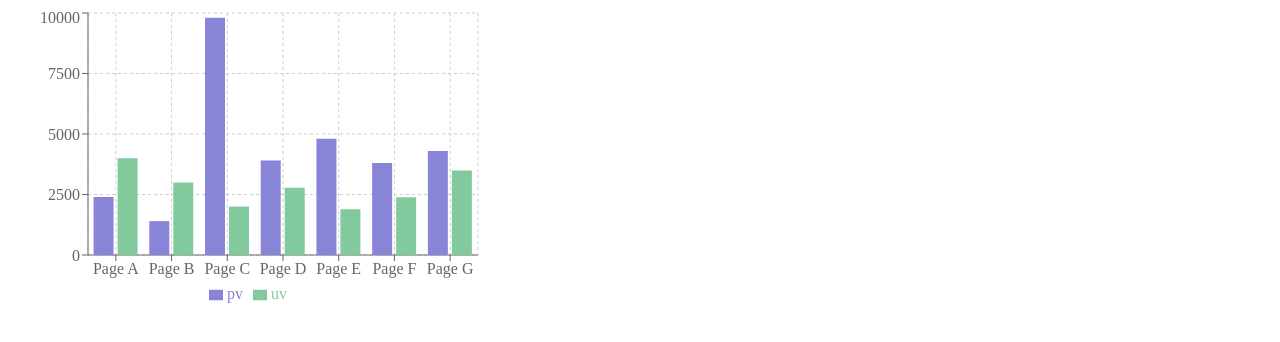
Repository: sagarjain738/test
Page: /
The author's editor kept a copy of each file at every save. The page is drawn from the files as they stood at one save, then again after the next save.
The browser window is 1280 px wide. The pictures show the whole page.
The project was rebuilt for these pictures with package versions that can differ from the ones it lists, and the page was loaded fresh each time. Also part of the build but not shown: vite.config.js, src/App.css, src/index.css.

Above is the page before, as saved 2024-01-20 18:49:50.

### src/App.jsx
import { useState } from "react";
import "./App.css";
import FirstChart from "./components/FirstChart";
import totalData, { getTodalData } from "../Data";

function App() {
  const records = getTodalData(totalData);
  const [count, setCount] = useState(0);

  return (
    <>
      <FirstChart records={records} />
    </>
  );
}

export default App;

### src/components/FirstChart.jsx
import React from "react";
import {
  BarChart,
  Bar,
  Rectangle,
  XAxis,
  YAxis,
  CartesianGrid,
  Tooltip,
  Legend,
  ResponsiveContainer,
} from "recharts";

const data = [
  {
    name: "Page A",
    uv: 4000,
    pv: 2400,
    amt: 2400,
  },
  {
    name: "Page B",
    uv: 3000,
    pv: 1398,
    amt: 2210,
  },
  {
    name: "Page C",
    uv: 2000,
    pv: 9800,
    amt: 2290,
  },
  {
    name: "Page D",
    uv: 2780,
    pv: 3908,
    amt: 2000,
  },
  {
    name: "Page E",
    uv: 1890,
    pv: 4800,
    amt: 2181,
  },
  {
    name: "Page F",
    uv: 2390,
    pv: 3800,
    amt: 2500,
  },
  {
    name: "Page G",
    uv: 3490,
    pv: 4300,
    amt: 2100,
  },
];

const FirstChart = () => {
  return (
    <BarChart
      width={500}
      height={300}
      data={data}
      margin={{
        top: 5,
        right: 30,
        left: 20,
        bottom: 5,
      }}
    >
      <CartesianGrid strokeDasharray="3 3" />
      <XAxis dataKey="name" />
      <YAxis />
      <Tooltip />
      <Legend />
      <Bar
        dataKey="pv"
        fill="#8884d8"
        activeBar={<Rectangle fill="pink" stroke="blue" />}
      />
      <Bar
        dataKey="uv"
        fill="#82ca9d"
        activeBar={<Rectangle fill="gold" stroke="purple" />}
      />
    </BarChart>
  );
};

export default FirstChart;

### Data.js
let data = {
  salesData: [
    {
      product: "Product A",
      sales: [
        { month: "January", amount: 100 },
        { month: "February", amount: 150 },
        { month: "March", amount: 200 },
      ],
    },
    {
      product: "Product B",
      sales: [
        { month: "January", amount: 120 },
        { month: "February", amount: 170 },
        { month: "March", amount: 220 },
      ],
    },
    {
      product: "Product C",
      sales: [
        { month: "January", amount: 90 },
        { month: "February", amount: 130 },
        { month: "March", amount: 180 },
      ],
    },
    {
      product: "Product E",
      sales: [
        { month: "January", amount: 130 },
        { month: "February", amount: 250 },
        { month: "March", amount: 100 },
      ],
    },
    {
      product: "Product F",
      sales: [
        { month: "January", amount: 60 },
        { month: "February", amount: 70 },
        { month: "March", amount: 120 },
      ],
    },
    {
      product: "Product G",
      sales: [
        { month: "January", amount: 40 },
        { month: "February", amount: 110 },
        { month: "March", amount: 60 },
      ],
    },
  ],
};

export function getTodalData(records) {
  const result = records.salesData.map((item) => {
    return {
      name: item.product,
      data: item.sales.reduce(
        (acc, itm) => ({ ...acc, [`${itm.month}`]: itm.amount }),
        {}
      ),
    };
  });

  const result2 = result.map((item) => {
    return { name: item.name, ...item.data };
  });

  return result2;
}

export default data;

Loaded but not shown: index.html (common file); src/main.jsx (common file)

After the next save:
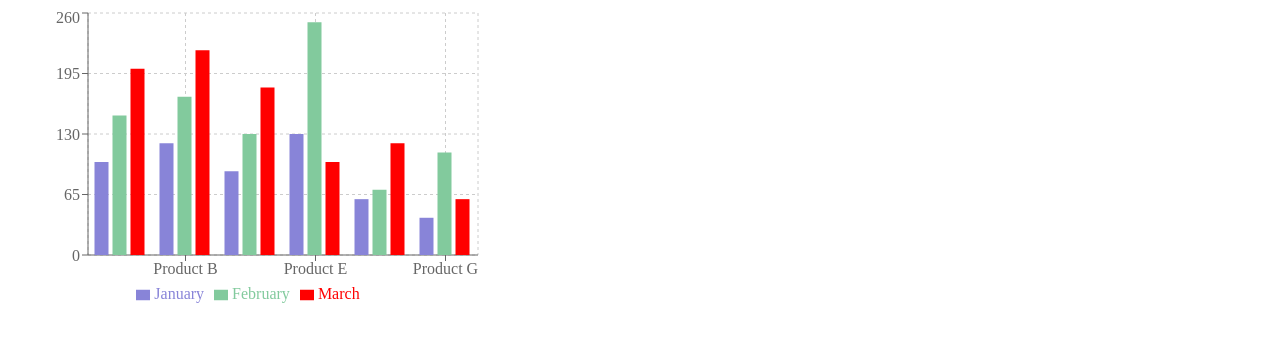
Saved 56 s later.
--- a/src/components/FirstChart.jsx
+++ b/src/components/FirstChart.jsx
@@ -56,12 +56,12 @@ const data = [
   },
 ];
 
-const FirstChart = () => {
+const FirstChart = ({ records }) => {
   return (
     <BarChart
       width={500}
       height={300}
-      data={data}
+      data={records}
       margin={{
         top: 5,
         right: 30,
@@ -75,13 +75,18 @@ const FirstChart = () => {
       <Tooltip />
       <Legend />
       <Bar
-        dataKey="pv"
+        dataKey="January"
         fill="#8884d8"
         activeBar={<Rectangle fill="pink" stroke="blue" />}
       />
       <Bar
-        dataKey="uv"
+        dataKey="February"
         fill="#82ca9d"
+        activeBar={<Rectangle fill="gold" stroke="purple" />}
+      />
+      <Bar
+        dataKey="March"
+        fill="red"
         activeBar={<Rectangle fill="gold" stroke="purple" />}
       />
     </BarChart>
